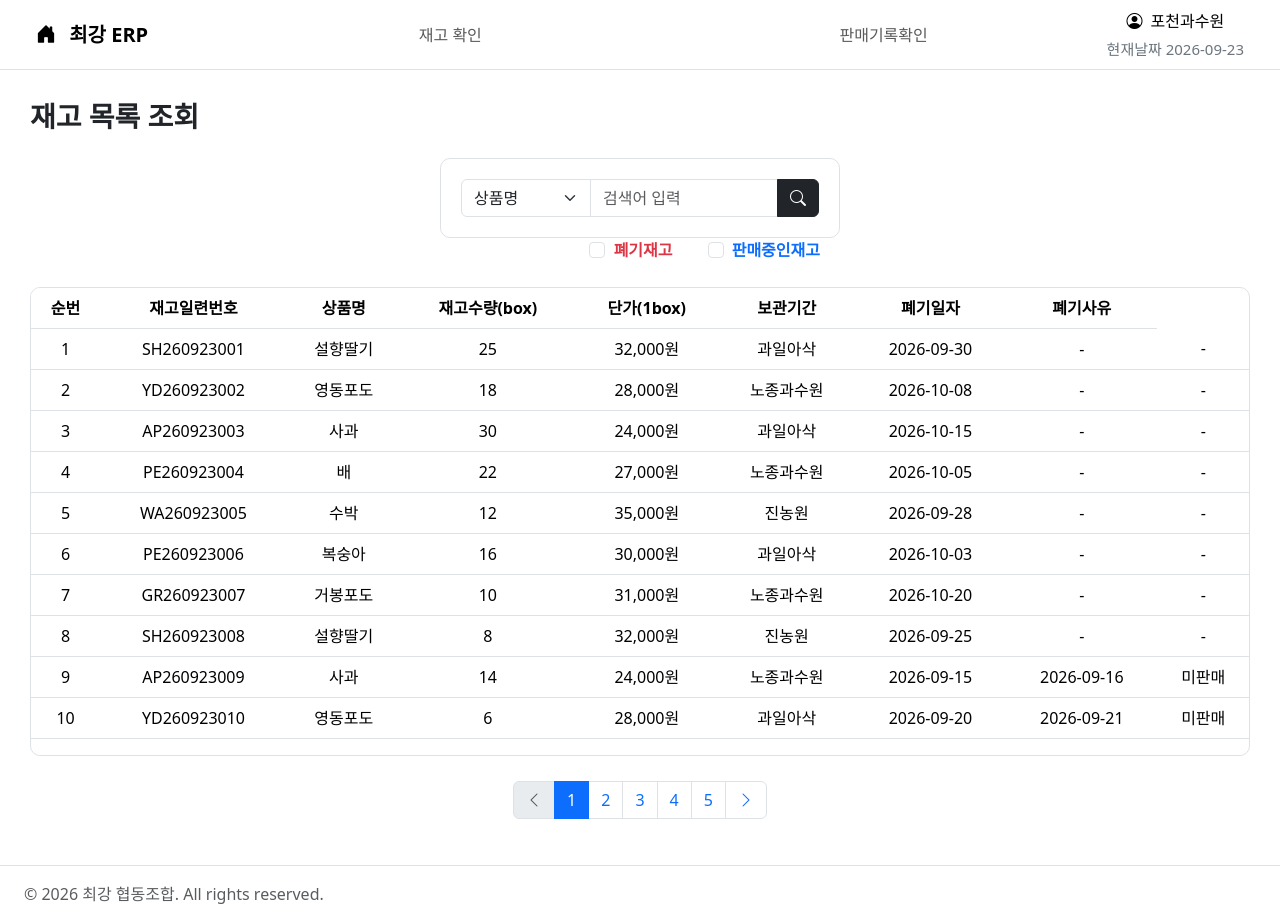
Repository: nojong99/kosta
Page: http://localhost/32_MVCModel2/view/memberInventoryList.jsp
The author's editor kept a copy of each file at every save. The page is drawn from the files as they stood at one save, then again after the next save.
The browser window is 1280 px wide. The pictures show the whole page.
The page is served by Tomcat 9.

Above is the page before, as saved 2026-09-23 07:31:59.

After the next save:
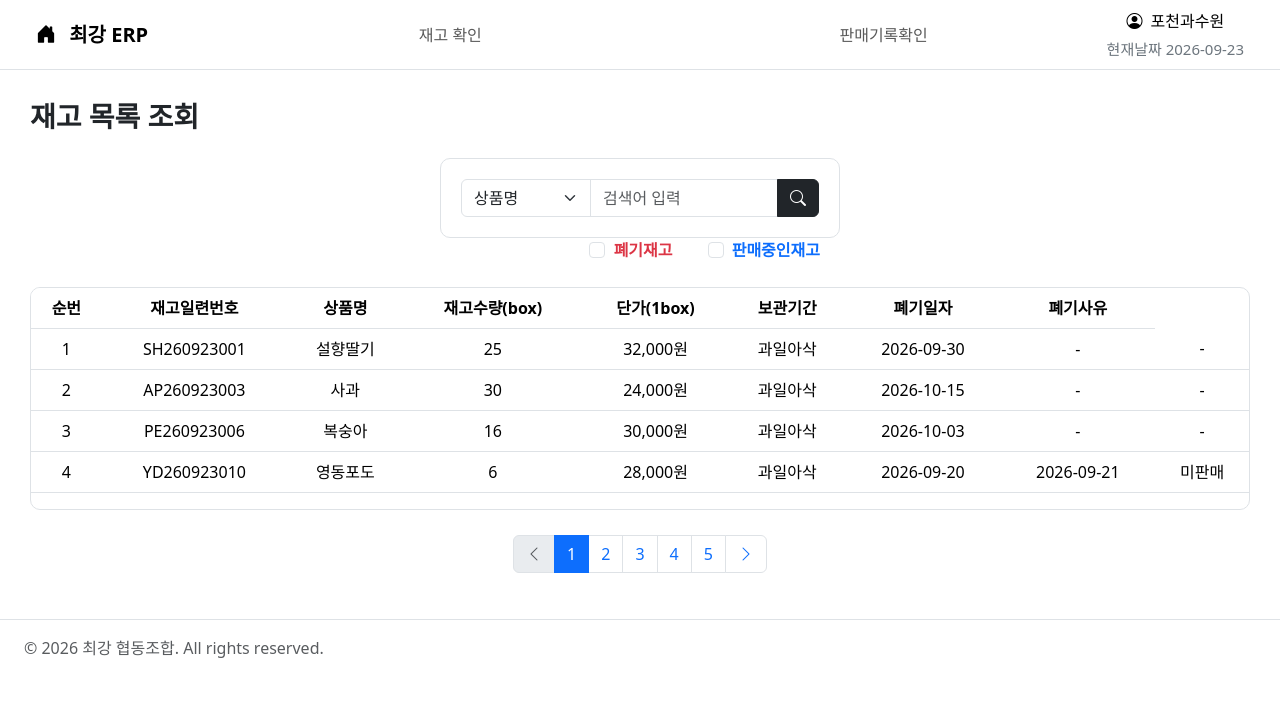
Saved 34 s later.
--- a/32_MVCModel2/src/main/webapp/view/memberInventoryList.jsp
+++ b/32_MVCModel2/src/main/webapp/view/memberInventoryList.jsp
@@ -107,20 +107,9 @@
 						<td>-</td>
 					</tr>
 
+
 					<tr>
 						<td>2</td>
-						<td>YD260923002</td>
-						<td>영동포도</td>
-						<td>18</td>
-						<td>28,000원</td>
-						<td>노종과수원</td>
-						<td>2026-10-08</td>
-						<td>-</td>
-						<td>-</td>
-					</tr>
-
-					<tr>
-						<td>3</td>
 						<td>AP260923003</td>
 						<td>사과</td>
 						<td>30</td>
@@ -131,32 +120,10 @@
 						<td>-</td>
 					</tr>
 
-					<tr>
-						<td>4</td>
-						<td>PE260923004</td>
-						<td>배</td>
-						<td>22</td>
-						<td>27,000원</td>
-						<td>노종과수원</td>
-						<td>2026-10-05</td>
-						<td>-</td>
-						<td>-</td>
-					</tr>
+
 
 					<tr>
-						<td>5</td>
-						<td>WA260923005</td>
-						<td>수박</td>
-						<td>12</td>
-						<td>35,000원</td>
-						<td>진농원</td>
-						<td>2026-09-28</td>
-						<td>-</td>
-						<td>-</td>
-					</tr>
-
-					<tr>
-						<td>6</td>
+						<td>3</td>
 						<td>PE260923006</td>
 						<td>복숭아</td>
 						<td>16</td>
@@ -168,43 +135,7 @@
 					</tr>
 
 					<tr>
-						<td>7</td>
-						<td>GR260923007</td>
-						<td>거봉포도</td>
-						<td>10</td>
-						<td>31,000원</td>
-						<td>노종과수원</td>
-						<td>2026-10-20</td>
-						<td>-</td>
-						<td>-</td>
-					</tr>
-
-					<tr>
-						<td>8</td>
-						<td>SH260923008</td>
-						<td>설향딸기</td>
-						<td>8</td>
-						<td>32,000원</td>
-						<td>진농원</td>
-						<td>2026-09-25</td>
-						<td>-</td>
-						<td>-</td>
-					</tr>
-
-					<tr>
-						<td>9</td>
-						<td>AP260923009</td>
-						<td>사과</td>
-						<td>14</td>
-						<td>24,000원</td>
-						<td>노종과수원</td>
-						<td>2026-09-15</td>
-						<td>2026-09-16</td>
-						<td>미판매</td>
-					</tr>
-
-					<tr>
-						<td>10</td>
+						<td>4</td>
 						<td>YD260923010</td>
 						<td>영동포도</td>
 						<td>6</td>
